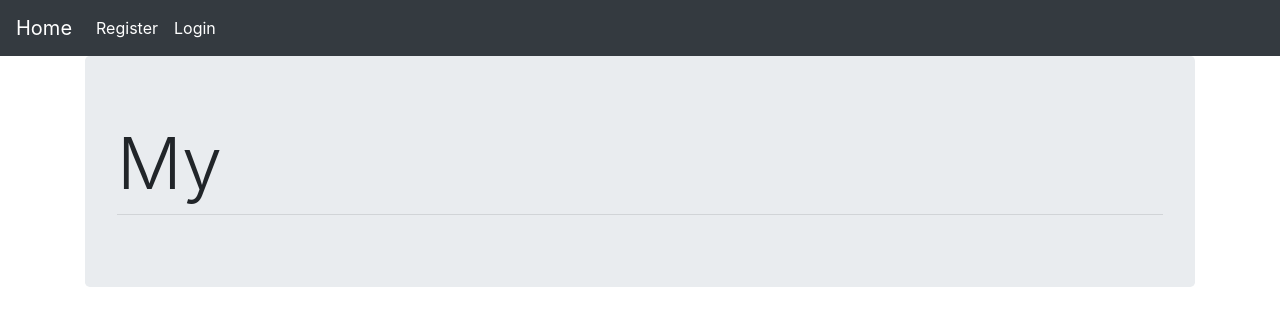
Repository: prabhat8701/nextgrowth_lab_task-main
Page: http://localhost/
The author's editor kept a copy of each file at every save. The page is drawn from the files as they stood at one save, then again after the next save.
The browser window is 1280 px wide. The pictures show the whole page.
The page is served by the project's application, run on Django 4.2 (manage.py).

Above is the page before, as saved 2023-07-31 18:09:05.

After the next save:
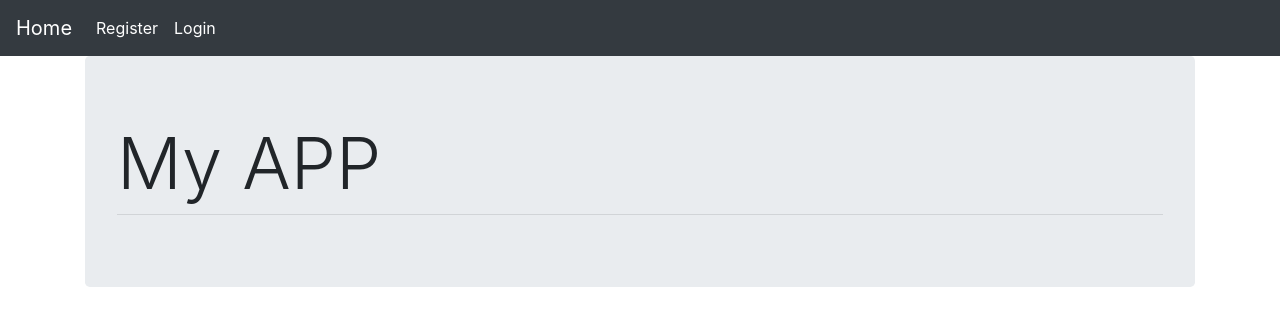
Saved 4 s later.
--- a/nextgrowAi/SET_2/next_project/templates/gradesApp/index.html
+++ b/nextgrowAi/SET_2/next_project/templates/gradesApp/index.html
@@ -2,7 +2,7 @@
 {% block body_block %}
 
 <div class="jumbotron">
-    <h1 class="display-3">My <APPlet></APPlet></h1>
+    <h1 class="display-3">My APP</h1>
     <hr class="my-2">
     <!-- <p>View your marks and get notes directly from teachers</p> -->
 </div>
